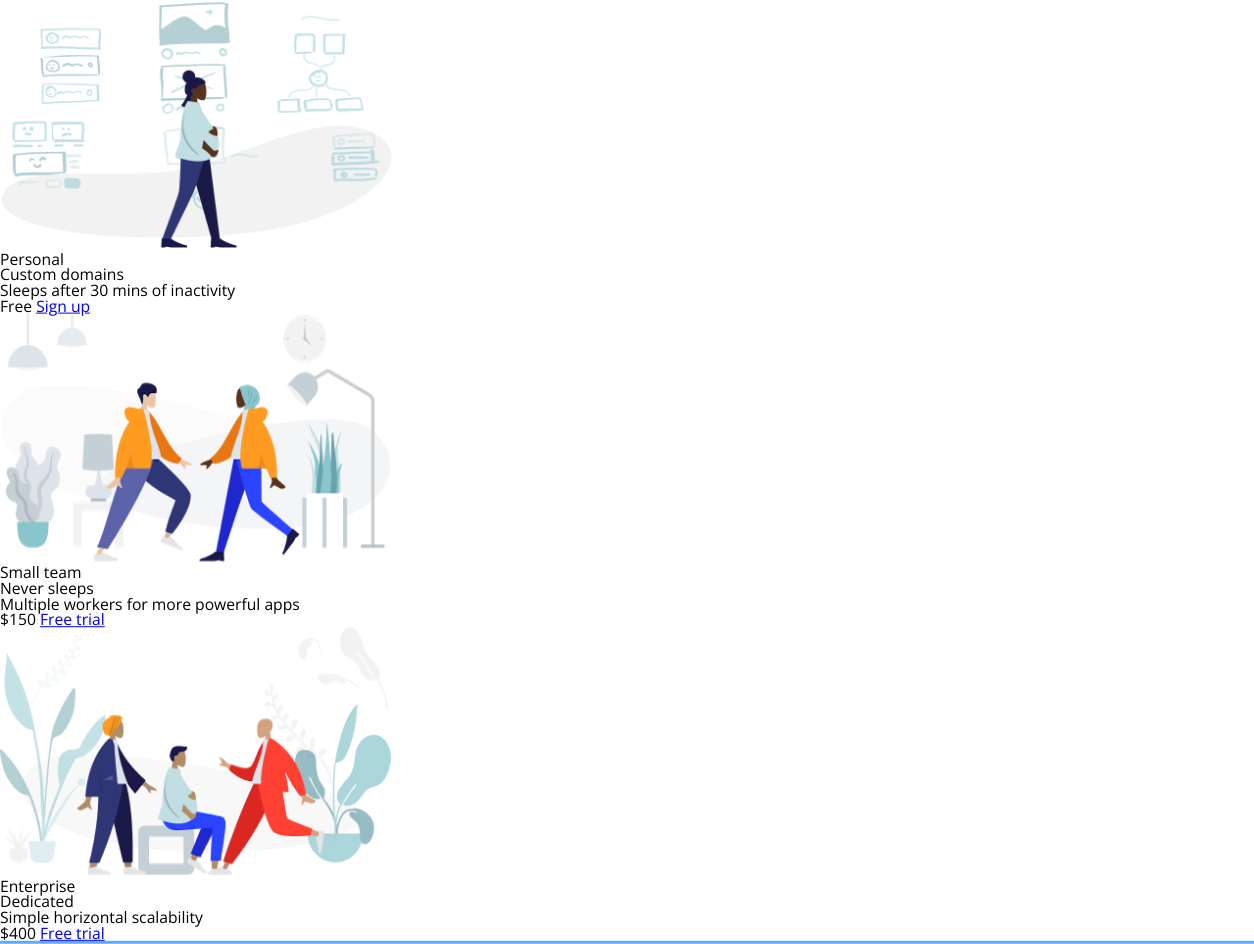
Repository: fatehailey/Pricing-Panel
Page: index.html
These files come from the project's save history. The page is drawn as it stood at one moment and after a run of saves; the edit follows.
The browser window is 1280 px wide. The pictures show the whole page, at 98% of full size.

Above is the page before, as saved 2022-09-05 20:05:53.

### index.html
<!DOCTYPE html>
<html lang="en">

<head>
    <meta charset="UTF-8">
    <meta name="viewport" content="width=device-width, initial-scale=1.0">
    <title>Price Tiers</title>
    <link rel="stylesheet" href="https://fonts.googleapis.com/css?family=Open+Sans:400,600,700">
    <link rel="stylesheet" href="app.css">
</head>

<body>
    <div class="panel pricing-table">

        <div class="pricing-plan">
            <img src="icons/icon1.png" alt="" class="pricing-img">
            <h2 class="pricing-header">Personal</h2>
            <ul class="pricing-features">
                <li class="pricing-features-item">Custom domains</li>
                <li class="pricing-features-item">Sleeps after 30 mins of inactivity</li>
            </ul>
            <span class="pricing-price">Free</span>
            <a href="#/" class="pricing-button">Sign up</a>
        </div>

        <div class="pricing-plan">
            <img src="icons/icon2.png" alt="" class="pricing-img">
            <h2 class="pricing-header">Small team</h2>
            <ul class="pricing-features">
                <li class="pricing-features-item">Never sleeps</li>
                <li class="pricing-features-item">Multiple workers for more powerful apps</li>
            </ul>
            <span class="pricing-price">$150</span>
            <a href="#/" class="pricing-button is-featured">Free trial</a>
        </div>

        <div class="pricing-plan">
            <img src="icons/icon3.png" alt="" class="pricing-img">
            <h2 class="pricing-header">Enterprise</h2>
            <ul class="pricing-features">
                <li class="pricing-features-item">Dedicated</li>
                <li class="pricing-features-item">Simple horizontal scalability</li>
            </ul>
            <span class="pricing-price">$400</span>
            <a href="#/" class="pricing-button">Free trial</a>
        </div>

    </div>

</body>

</html>

### app.css
/* http://meyerweb.com/eric/tools/css/reset/
   v2.0 | 20110126
   License: none (public domain)
*/

html, body, div, span, applet, object, iframe,
h1, h2, h3, h4, h5, h6, p, blockquote, pre,
a, abbr, acronym, address, big, cite, code,
del, dfn, em, img, ins, kbd, q, s, samp,
small, strike, strong, sub, sup, tt, var,
b, u, i, center,
dl, dt, dd, ol, ul, li,
fieldset, form, label, legend,
table, caption, tbody, tfoot, thead, tr, th, td,
article, aside, canvas, details, embed,
figure, figcaption, footer, header, hgroup,
menu, nav, output, ruby, section, summary,
time, mark, audio, video {
	margin: 0;
	padding: 0;
	border: 0;
	font-size: 100%;
	font: inherit;
	vertical-align: baseline;
}
/* HTML5 display-role reset for older browsers */
article, aside, details, figcaption, figure,
footer, header, hgroup, menu, nav, section {
	display: block;
}
body {
	line-height: 1;
}
ol, ul {
	list-style: none;
}
blockquote, q {
	quotes: none;
}
blockquote:before, blockquote:after,
q:before, q:after {
	content: '';
	content: none;
}
table {
	border-collapse: collapse;
	border-spacing: 0;
}


html {
    box-sizing: border-box;
    font-family: 'Open Sans', sans-serif;
}
body{
    background-color: #60a9ff;
}

.panel{
    background-color: white;
}

After the next 5 saves:
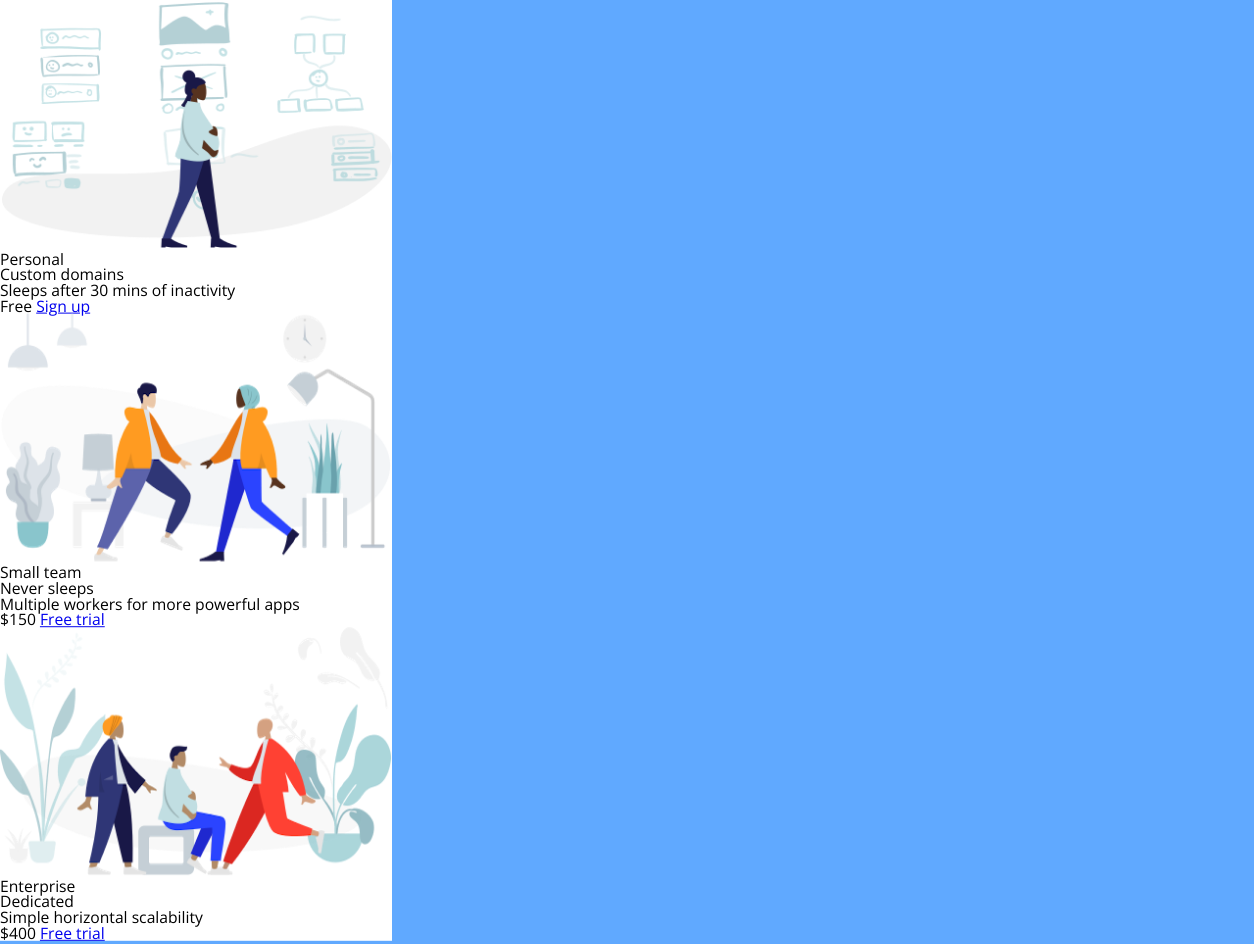
The 5 saves are shown as one change because they came seconds apart.
The last was saved 15 s later.
--- a/app.css
+++ b/app.css
@@ -54,6 +54,8 @@ html {
 }
 body{
     background-color: #60a9ff;
+    display: flex;
+    justify-content: ;
 }
 
 .panel{
